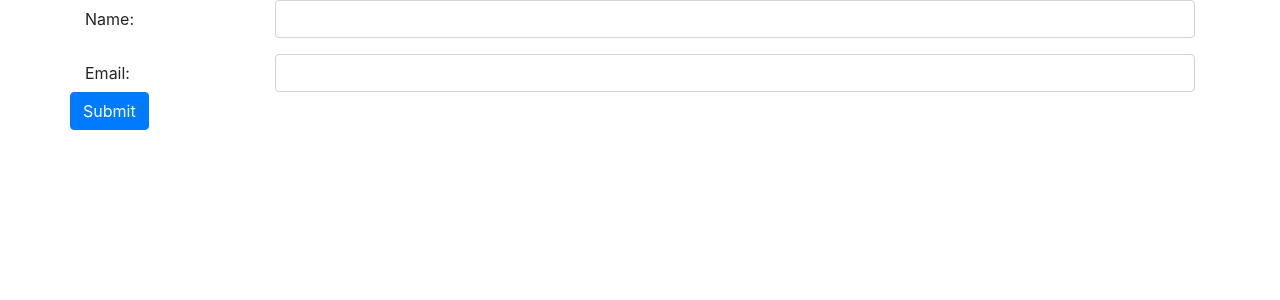
Repository: roistyx/ask-ChatGBT-travel-recommendations
Page: Backend/src/views/main.html
The author's editor kept a copy of each file at every save. The page is drawn from the files as they stood at one save, then again after the next save.
The browser window is 1280 px wide. The pictures show the whole page.

Above is the page before, as saved 2023-03-20 11:20:32.

### Backend/src/views/main.html
<!DOCTYPE html>
<html>

<head>
    <title>Horizontal Bootstrap Form</title>
    <link rel="stylesheet" href="https://stackpath.bootstrapcdn.com/bootstrap/4.3.1/css/bootstrap.min.css">
</head>

<body>
    <div class="container">
        <form class="form-horizontal">
            <div class="form-group row">
                <label for="name-input" class="col-sm-2 col-form-label">Name:</label>
                <div class="col-sm-10">
                    <input type="text" class="form-control" id="name-input">
                </div>
            </div>
            <div class="form-group row">
                <label for="email-input" class="col-sm-2 col-form-label">Email:</label>
                <div class="col-sm-10">
                    <input type="email" class="form-control" id="email-input">
                </div>
                <button type="submit" class="btn btn-primary float-right">Submit</button>
            </div>
            <div class="form-group row">
                <div class="col-sm-10 offset-sm-2">

                </div>
            </div>
        </form>
    </div>
</body>

</html>

After the next save:
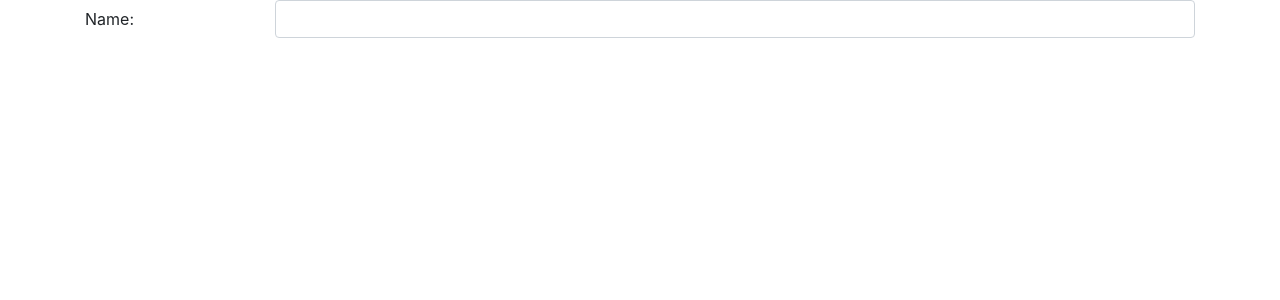
Saved 17 s later.
--- a/Backend/src/views/main.html
+++ b/Backend/src/views/main.html
@@ -15,13 +15,7 @@
                     <input type="text" class="form-control" id="name-input">
                 </div>
             </div>
-            <div class="form-group row">
-                <label for="email-input" class="col-sm-2 col-form-label">Email:</label>
-                <div class="col-sm-10">
-                    <input type="email" class="form-control" id="email-input">
-                </div>
-                <button type="submit" class="btn btn-primary float-right">Submit</button>
-            </div>
+
             <div class="form-group row">
                 <div class="col-sm-10 offset-sm-2">
 
